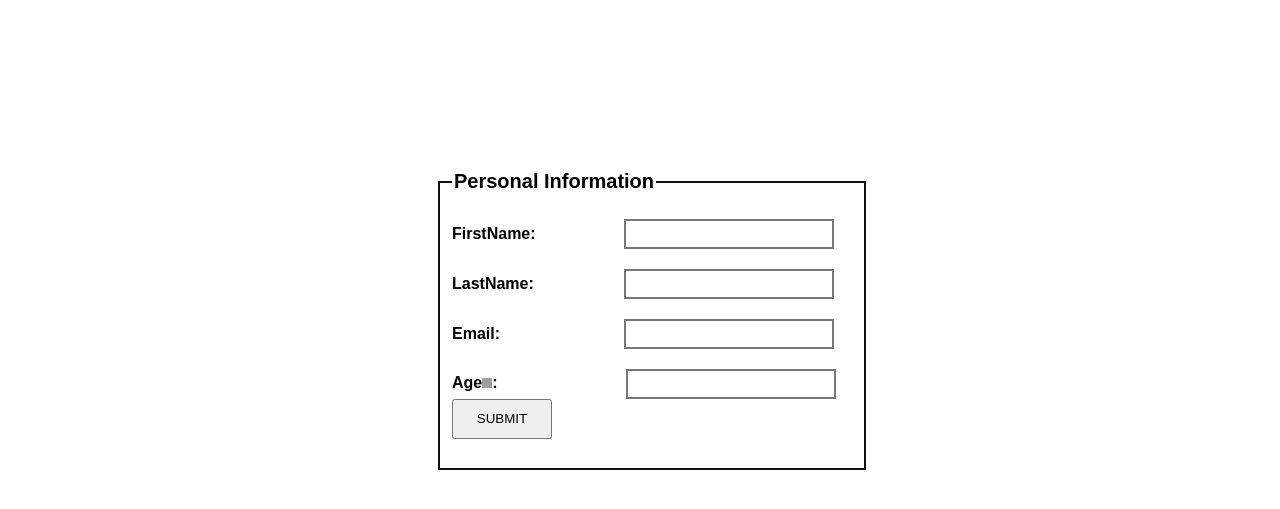
Repository: Femi007-gh/Legend
Page: index.html
The author's editor kept a copy of each file at every save. The page is drawn from the files as they stood at one save, then again after a run of saves.
The browser window is 1280 px wide. The pictures show the whole page.
Pictures or frames that could not be fetched are drawn as grey boxes.

Above is the page before, as saved 2025-04-04 17:51:35.

After the next 2 saves:
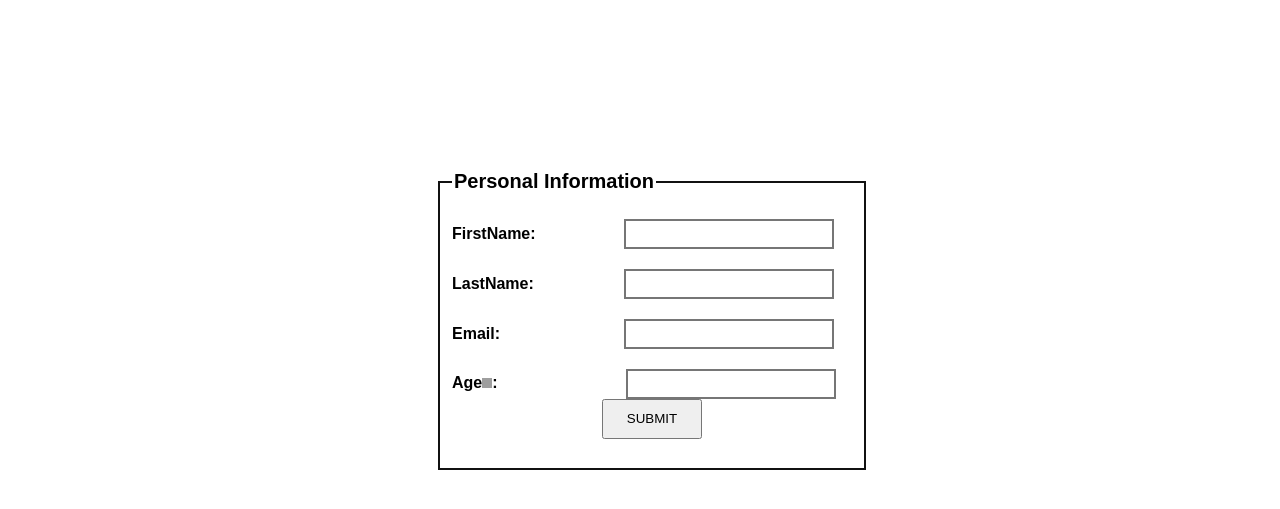
The 2 saves are shown as one change because they came seconds apart.
The last was saved 7 s later.
--- a/style.css
+++ b/style.css
@@ -55,5 +55,5 @@ body {
 .sub {
   height: 40px;
   width: 100px;
-  margin-left:
+  margin-left: 150px;
 }
